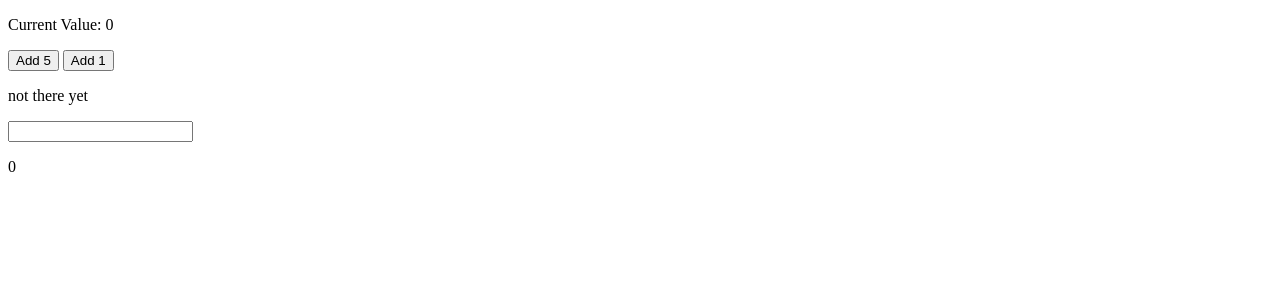
Repository: wojkos/Learn
Page: Vue/index6.html
These files come from the project's save history. The page is drawn as it stood at one moment and after the next save; the edit follows.
The browser window is 1280 px wide. The pictures show the whole page.

Above is the page before, as saved 2018-04-10 22:40:44.

### Vue/index6.html
<!DOCTYPE html>
<html lang="en">

<head>
    <meta charset="UTF-8">
    <title>Document</title>
    <script src="vue/vue.js">
    </script>
</head>

<body>
    <div id="exercise">
        <!-- 1) Show a "result" of 'not there yet' as long as "value" is not equal to 37 - you can change "value" with the buttons. Print 'done' once you did it -->
        <div>
            <p>Current Value: {{ value }}</p>
            <button @click="value += 5">Add 5</button>
            <button @click="value += 1">Add 1</button>
            <p>{{ result }}</p>
        </div>
        <!-- 2) Watch for changes in the "result" and reset the "value" after 5 seconds (hint: setTimeout(..., 5000) -->
        <div>
            <input type="text">
            <p>{{ value }}</p>
        </div>


        <script>
            new Vue({
                el: '#exercise',
                data: {
                    value: 0
                },
                computed: {
                    result: function() {
                        return this.value == 37 ? "done" : 'not there yet';
                    }
                },
                watch: {
                    result: function(value) {
                        var vm = this;
                        setTimeout(function() {
                            vm.value = 0;
                        }, 5000);
                    }
                }
            });
        </script>
</body>

</html>

Loaded but not shown: Vue/vue/vue.js (library)

After the next save:
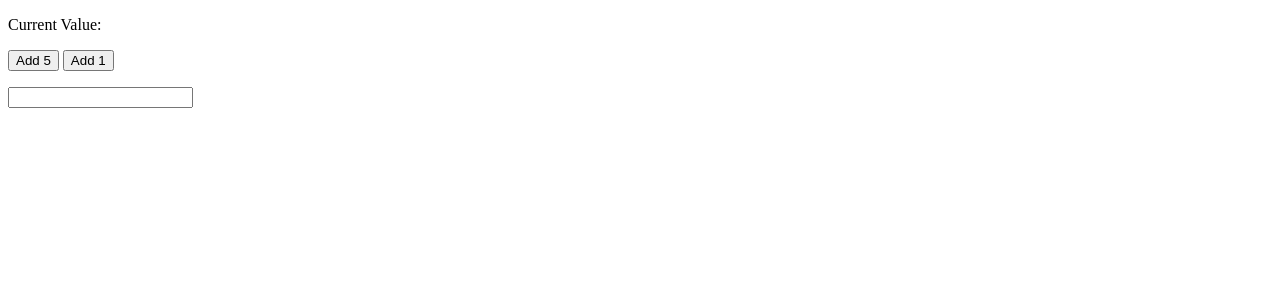
Saved 24 s later.
--- a/Vue/index6.html
+++ b/Vue/index6.html
@@ -9,7 +9,7 @@
 </head>
 
 <body>
-    <div id="exercise">
+    <div id="app">
         <!-- 1) Show a "result" of 'not there yet' as long as "value" is not equal to 37 - you can change "value" with the buttons. Print 'done' once you did it -->
         <div>
             <p>Current Value: {{ value }}</p>
@@ -26,23 +26,8 @@
 
         <script>
             new Vue({
-                el: '#exercise',
-                data: {
-                    value: 0
-                },
-                computed: {
-                    result: function() {
-                        return this.value == 37 ? "done" : 'not there yet';
-                    }
-                },
-                watch: {
-                    result: function(value) {
-                        var vm = this;
-                        setTimeout(function() {
-                            vm.value = 0;
-                        }, 5000);
-                    }
-                }
+                el: '#app',
+
             });
         </script>
 </body>
